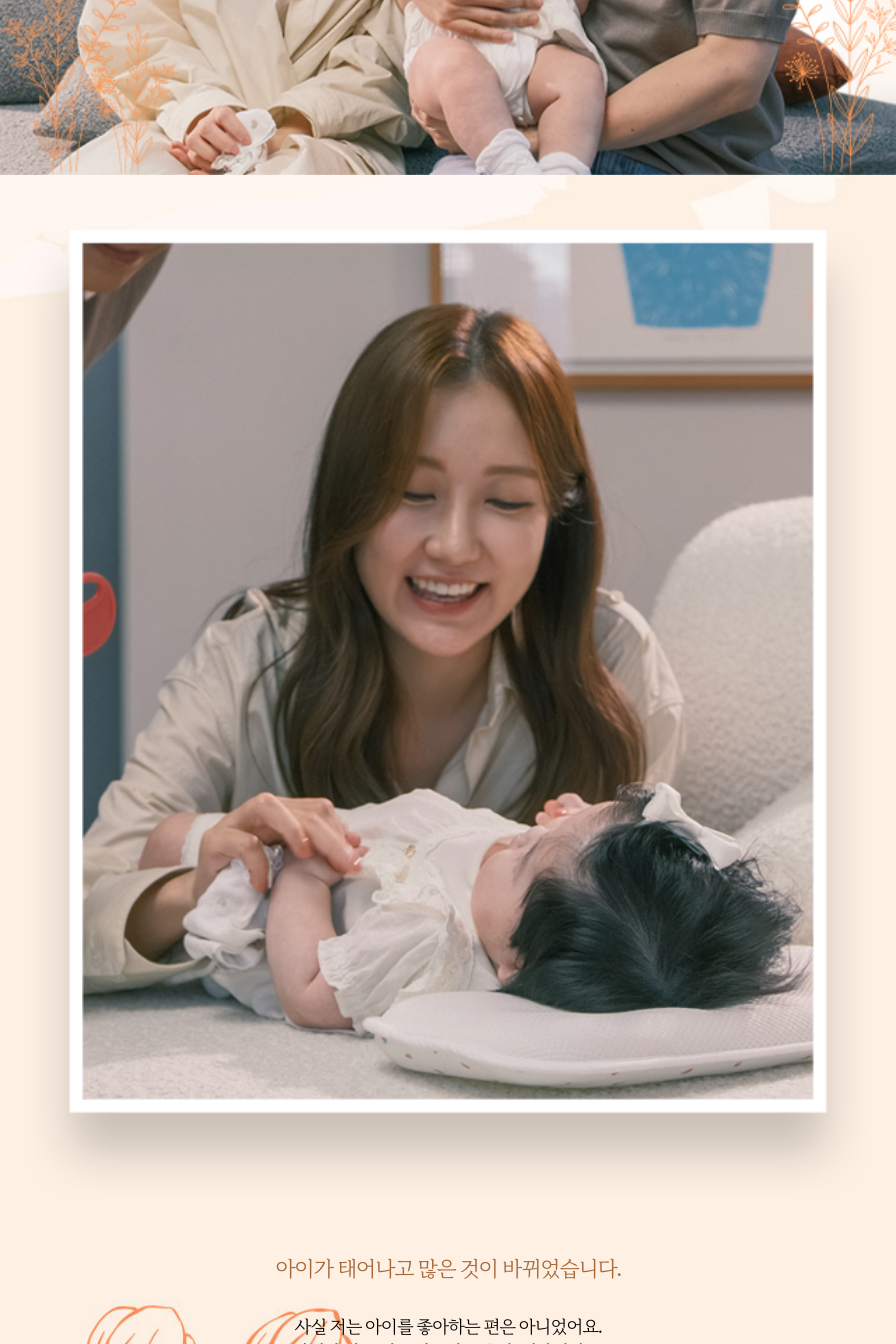
Repository: dlgywls1130/saveTheChildren_2024
Page: index.html
These files come from the project's save history. The page is drawn as it stood at one moment and after the next save; the edit follows.
The browser window is 1280 px wide. The pictures show the part of the page from y = 2707 to 4627 px (the page is 18860 px tall before and 18710 px after), at 70% of full size.
Some web fonts or font styles are not loaded; a fallback is used. The style sheet was rebuilt from its Sass, Less or Tailwind sources for each picture, by a compiler version that may differ from the author's.

Above is the page before, as saved 2024-11-03 23:51:08.

After the next save:
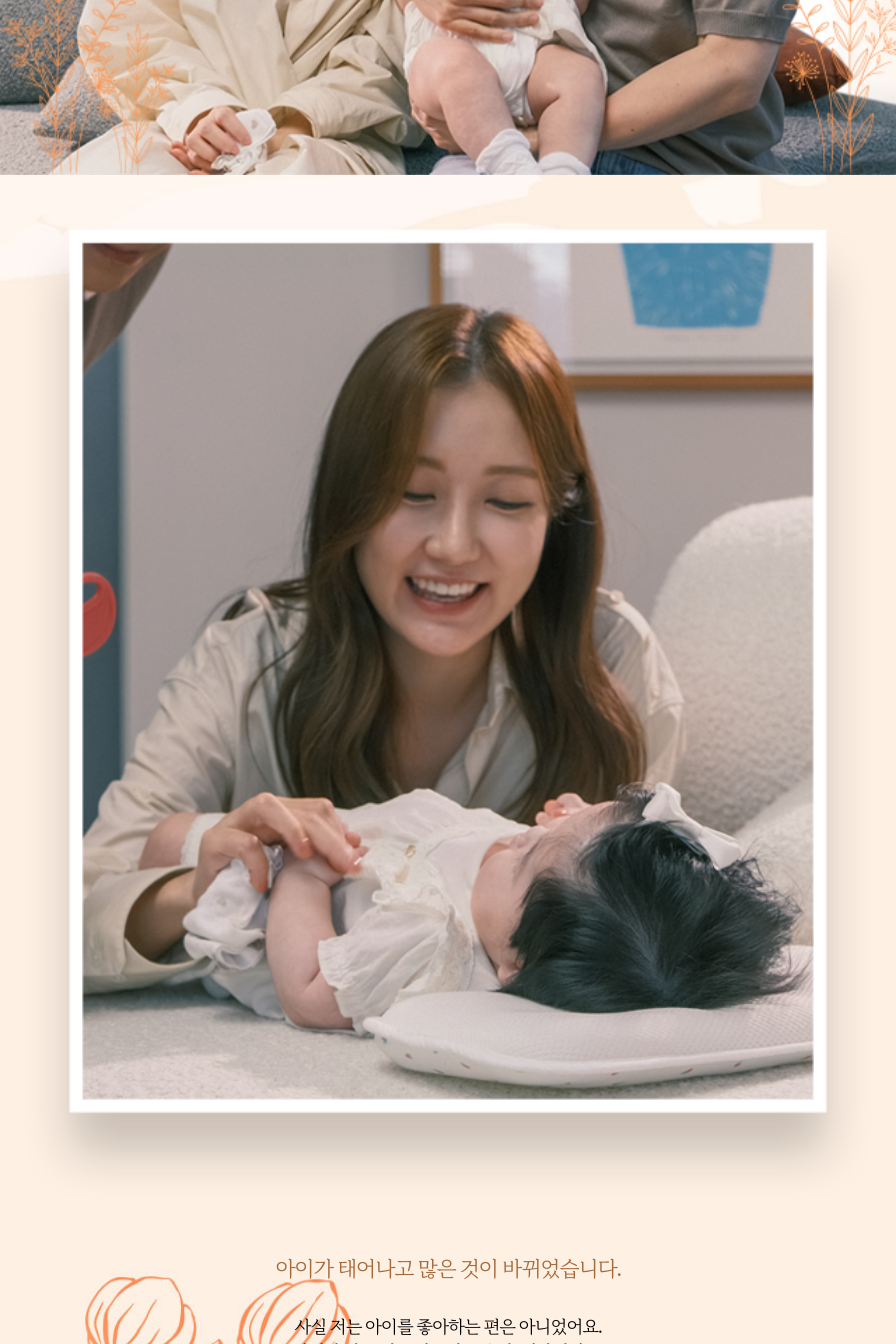
Saved 80 s later.
--- a/index.html
+++ b/index.html
@@ -152,7 +152,7 @@
 
                 </div>
 
-                <div class="story04_02 mb-150">
+                <div class="story04_02">
 
                     <div class="story_image">
                         <img src="/images/s4_2.png" alt="stroy">
